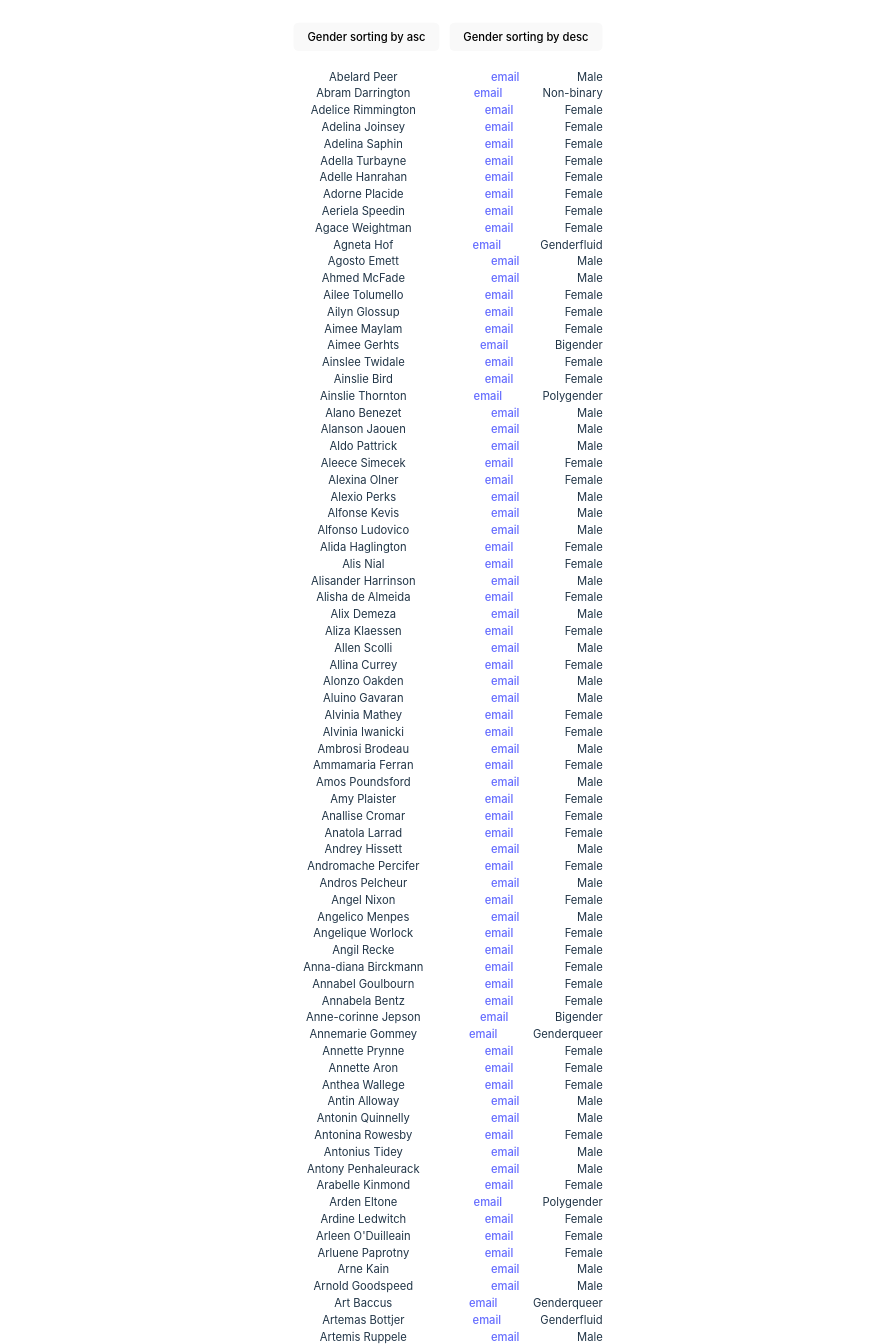
Repository: Kainar9292/sorting
Page: /
An editor plug-in stored every save of this project. The page is shown before and after the next save, followed by the edit.
The browser window is 1280 px wide. The pictures show the part of the page from y = 0 to 1920 px (the page is 24129 px tall), at 70% of full size.
The project was rebuilt for these pictures with package versions that can differ from the ones it lists, and the page was loaded fresh each time. Also part of the build but not shown: vite.config.js.

Above is the page before, as saved 2022-10-29 15:17:10.

After the next save:
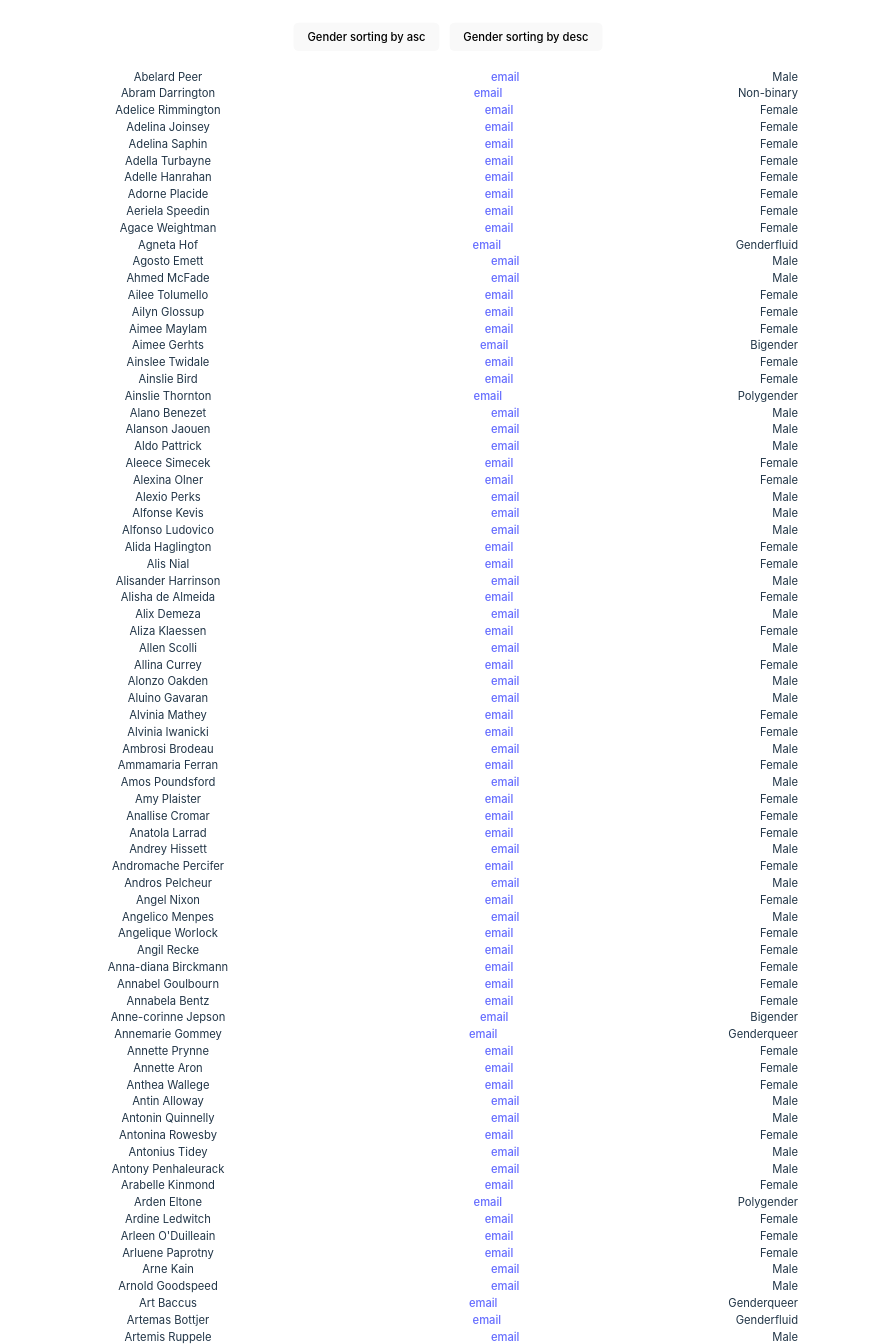
Saved 12 s later.
--- a/src/style.css
+++ b/src/style.css
@@ -96,10 +96,14 @@ button:focus-visible {
 
 .users_item {
   display: flex;
-  width: 100%;
+  width: 1000px;
   justify-content: space-between;
 }
 
 .users_item-name {
   flex-basis: 200px;
 }
+
+.users_item-email {
+  flex-basis: 200px;
+}
